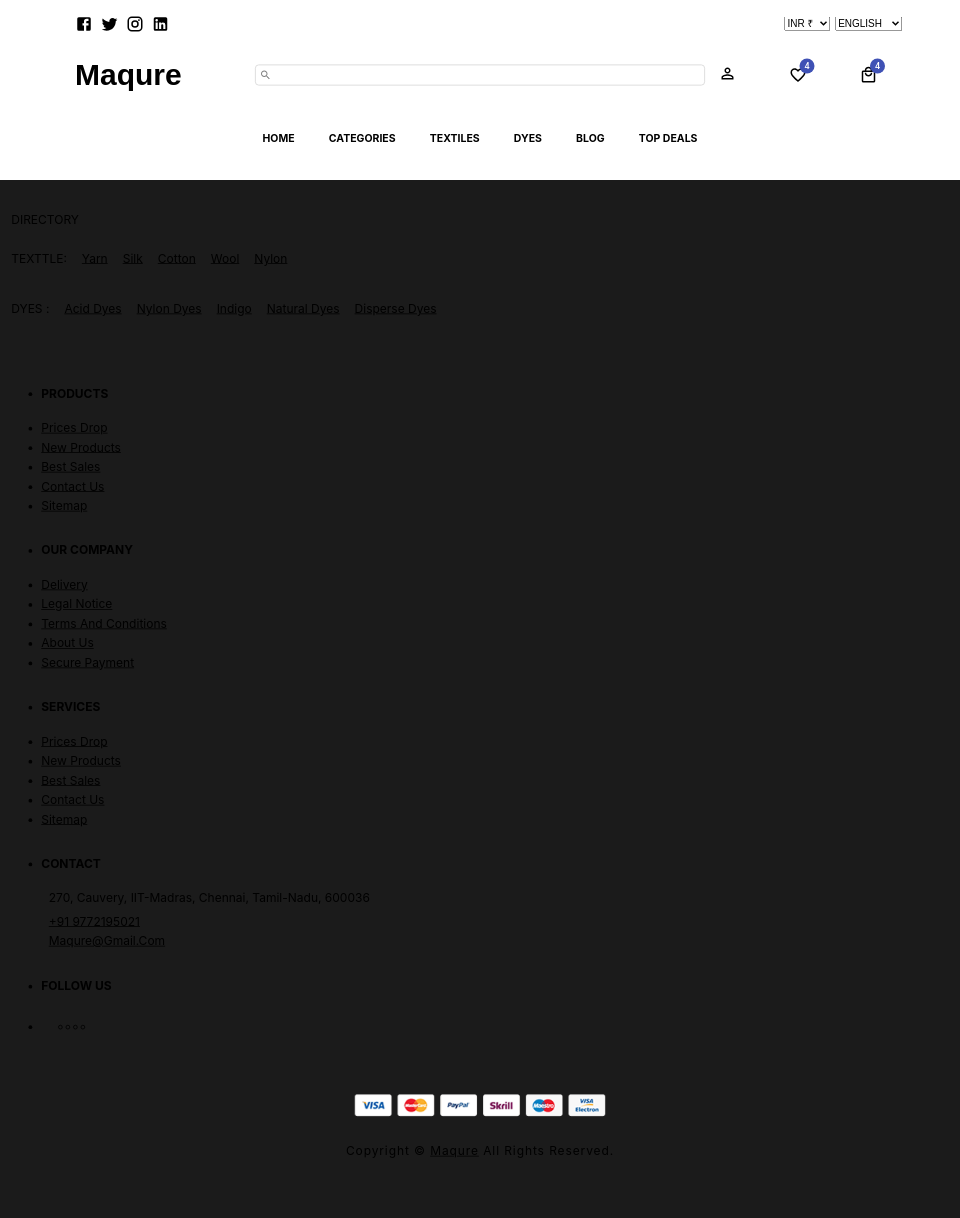
Repository: harshitsingh85420/Maqure
Page: /
These files come from the project's save history. The page is drawn as it stood at one moment and after a run of saves; the edit follows.
The browser window is 1280 px wide. The pictures show the whole page, at 75% of full size.
The project was rebuilt for these pictures with package versions that can differ from the ones it lists, and the page was loaded fresh each time.

Above is the page before, as saved 2022-05-26 02:53:55.

### src/pages/Home.jsx
import React from 'react'
import Footer from '../components/Footer'
import Header from '../components/Header'
import Header2 from '../components/Header2'
import Navbar from '../components/Navbar'

const Home = () => {
  return (
    <div>
        <Header/>
        <Header2/>
        <Navbar />
        <Footer/>
    </div>
    )
}

export default Home

### src/components/Footer.jsx
import React from 'react'
import './CSS/Footer.css';

function Footer() {
  return (
    <>
<div className="footer">
<div className="footer-category">

<div className="container">

  <h2 className="footer-category-title">Directory</h2>

  <div className="footer-category-box">

    <h3 className="category-box-title">Texttle:</h3>

    <a href="#" className="footer-category-link">Yarn</a>
    <a href="#" className="footer-category-link">Silk</a>
    <a href="#" className="footer-category-link">Cotton</a>
    <a href="#" className="footer-category-link">Wool</a>
    <a href="#" className="footer-category-link">Nylon</a>
  </div>

  <div className="footer-category-box">
    <h3 className="category-box-title">Dyes :</h3>

    <a href="#" className="footer-category-link">Acid Dyes</a>
    <a href="#" className="footer-category-link">Nylon Dyes</a>
    <a href="#" className="footer-category-link">Indigo</a>
    <a href="#" className="footer-category-link">Natural Dyes</a>
    <a href="#" className="footer-category-link">Disperse Dyes</a>
    <a href="#" className="footer-category-link"></a>
  </div>


</div>

</div>

<div className="footer-nav">

<div className="container">


  <ul className="footer-nav-list">

    <li className="footer-nav-item">
      <h2 className="nav-title">Products</h2>
    </li>

    <li className="footer-nav-item">
      <a href="#" className="footer-nav-link">Prices drop</a>
    </li>

    <li className="footer-nav-item">
      <a href="#" className="footer-nav-link">New products</a>
    </li>

    <li className="footer-nav-item">
      <a href="#" className="footer-nav-link">Best sales</a>
    </li>

    <li className="footer-nav-item">
      <a href="#" className="footer-nav-link">Contact us</a>
    </li>

    <li className="footer-nav-item">
      <a href="#" className="footer-nav-link">Sitemap</a>
    </li>

  </ul>

  <ul className="footer-nav-list">

    <li className="footer-nav-item">
      <h2 className="nav-title">Our Company</h2>
    </li>

    <li className="footer-nav-item">
      <a href="#" className="footer-nav-link">Delivery</a>
    </li>

    <li className="footer-nav-item">
      <a href="#" className="footer-nav-link">Legal Notice</a>
    </li>

    <li className="footer-nav-item">
      <a href="#" className="footer-nav-link">Terms and conditions</a>
    </li>

    <li className="footer-nav-item">
      <a href="#" className="footer-nav-link">About us</a>
    </li>

    <li className="footer-nav-item">
      <a href="#" className="footer-nav-link">Secure payment</a>
    </li>

  </ul>

  <ul className="footer-nav-list">

    <li className="footer-nav-item">
      <h2 className="nav-title">Services</h2>
    </li>

    <li className="footer-nav-item">
      <a href="#" className="footer-nav-link">Prices drop</a>
    </li>

    <li className="footer-nav-item">
      <a href="#" className="footer-nav-link">New products</a>
    </li>

    <li className="footer-nav-item">
      <a href="#" className="footer-nav-link">Best sales</a>
    </li>

    <li className="footer-nav-item">
      <a href="#" className="footer-nav-link">Contact us</a>
    </li>

    <li className="footer-nav-item">
      <a href="#" className="footer-nav-link">Sitemap</a>
    </li>

  </ul>

  <ul className="footer-nav-list">

    <li className="footer-nav-item">
      <h2 className="nav-title">Contact</h2>
    </li>

    <li className="footer-nav-item flex">
      <div className="icon-box">
        <ion-icon name="location-outline"></ion-icon>
      </div>

      <address className="content">
        270, Cauvery, IIT-Madras,
        Chennai, Tamil-Nadu,
        600036

      </address>
    </li>

    <li className="footer-nav-item flex">
      <div className="icon-box">
        <ion-icon name="call-outline"></ion-icon>
      </div>

      <a href="tel:+607936-8058" className="footer-nav-link">+91 9772195021</a>
    </li>

    <li className="footer-nav-item flex">
      <div className="icon-box">
        <ion-icon name="mail-outline"></ion-icon>
      </div>

      <a href="mailto:example@gmail.com" className="footer-nav-link">maqure@gmail.com</a>
    </li>

  </ul>

  <ul className="footer-nav-list">

    <li className="footer-nav-item">
      <h2 className="nav-title">Follow Us</h2>
    </li>

    <li>
      <ul className="social-link">

        <li className="footer-nav-item">
          <a href="#" className="footer-nav-link">
            <ion-icon name="logo-facebook"></ion-icon>
          </a>
        </li>

        <li className="footer-nav-item">
          <a href="#" className="footer-nav-link">
            <ion-icon name="logo-twitter"></ion-icon>
          </a>
        </li>

        <li className="footer-nav-item">
          <a href="#" className="footer-nav-link">
            <ion-icon name="logo-linkedin"></ion-icon>
          </a>
        </li>

        <li className="footer-nav-item">
          <a href="#" className="footer-nav-link">
            <ion-icon name="logo-instagram"></ion-icon>
          </a>
        </li>

      </ul>
    </li>

  </ul>

</div>

</div>

<div className="footer-bottom">

<div className="container">

  <img src="./assets/images/payment.png" alt="payment method" className="payment-img"/>

  <p className="copyright">
    Copyright &copy; <a href="#">Maqure</a> all rights reserved.
  </p>

</div>

</div>
</div>
    </>
  )
}

export default Footer

### src/components/Header.jsx
import React from 'react'
import styled from 'styled-components'
import { Twitter, Instagram, LinkedIn, Facebook } from '@material-ui/icons';

const Container = styled.div`

`;
const Wrapper = styled.div`
    padding: 20px 100px;
    display: flex;
    justify-content: space-between;
`;
const Left = styled.div`
    flex: 1;
    display: flex;
    align-items: center;
`;
const MenuItem = styled.div`
font-size: 14px;
cursor: pointer;
margin-right: 10px;
`;

const Center = styled.div`
    flex: 2;
`;
const Right = styled.div`
    flex: 1;
    display: flex;
  align-items: center;
  justify-content: flex-end;
`;
const Money = styled.div`
    width: 25%;
    height: 100%;
    align-items: center;
`;
const Language = styled.div`
   width: 25%;
   height: 100%;
   align-items: center;
`;

const Header = () => {

  return (
    <Container>
    <Wrapper>
        <Left>
        <MenuItem>
          <Facebook/>
        </MenuItem>
        <MenuItem>
          <Twitter />
        </MenuItem>
        <MenuItem>
          <Instagram />
        </MenuItem>
        <MenuItem>
          <LinkedIn />
        </MenuItem>
        </Left>
        <Center>
        </Center>
        <Right>
        <Money>
          <select>
          <option>INR ₹</option>
          <option>USD $</option>
          </select>
          </Money>
          <Language>
          <select><option>ENGLISH</option>
          <option>ESPAÑOL</option>
          <option>FRANÇAIS</option>
          </select>
          </Language>
        </Right>
    </Wrapper>
    </Container>
  )
}

export default Header

### src/components/Header2.jsx
import { Search, FavoriteBorderOutlined, PersonOutlineOutlined, LocalMallOutlined  } from '@material-ui/icons';
import { Badge } from "@material-ui/core";
import React from 'react';
import styled from 'styled-components';


const Container = styled.div`
height: 60px;
`;
const Wrapper = styled.div`
  padding: 10px 40px;
  display: flex;
  align-items: center;
  justify-content: space-between;
`;
const Left = styled.div`
  flex: 1;
  display: flex;
  align-items: center;
`;
const Logo = styled.div`
font-weight: bold;
font-size: 40px;
font-family: "Poppins", sans-serif;
display: flex;
cursor: pointer;
margin-left: 60px;
`;
const Center = styled.div`
  flex: 2;
  display: flex;
`;
const SearchContainer = styled.div`
  border: 0.5px solid lightgray;
  display: flex;
  align-items: center;
  padding: 5px;
  width: 100%;
  border-radius: 5px;
  &:hover{
    border-color: black;
  }
`;
const Input = styled.div`
  border: none;
`;
const Right = styled.div`
  flex: 1;
  display: flex;
  align-items: center;
  justify-content: flex-end;
`;
const MenuItem = styled.div`
font-size: 14px;
cursor: pointer;
margin-right: 70px;
height: 100%;
`;

const Header2 = () => {
  return (
    <Container>
    <Wrapper>
        <Left><Logo>Maqure</Logo></Left>
        <Center>
          <SearchContainer>
          <Input placeholder="Search..." />
          <Search style={{ color: "gray", fontSize: 16 }}/>
          </SearchContainer>
        </Center>
        <Right>
          <MenuItem>
            <PersonOutlineOutlined />
          </MenuItem>
          <MenuItem>
            <Badge badgeContent={4} color="primary">
            <FavoriteBorderOutlined />
            </Badge>
          </MenuItem>
          <MenuItem>
            <Badge badgeContent={4} color="primary">
            <LocalMallOutlined/>
            </Badge>
          </MenuItem>
        </Right>
    </Wrapper>
    </Container>
  )
}

export default Header2

### src/components/Navbar.jsx
import React from 'react'
import styled from 'styled-components'

const Container = styled.div`
`;
const Wrapper = styled.div`
  padding: 30px 40px;
  display: flex;
  align-items: center;
  justify-content: space-between;
  margin-left: 300px;
  margin-right: 300px;
  list-style: none;
display: flex;
a {
  padding: 18px 10px;
  color: black;
  &:hover {
      color: red;
  }
  font-size: 14px;
  font-weight: bold;
  text-decoration: none;
}
`;

const Navbar = () => {
  return (
    <Container>
        <Wrapper>
      <a href="google.com">HOME</a>
      <a href="google.com">CATEGORIES</a>
      <a href="google.com">TEXTILES</a>
      <a href="google.com">DYES</a>
      <a href="google.com">BLOG</a>
      <a href="google.com">TOP DEALS</a>
        </Wrapper>
    </Container>
  )
}

export default Navbar

### src/components/CSS/Footer.css

.container { padding: 0 15px; }

/*-----------------------------------*\
  #FOOTER
\*-----------------------------------*/

.footer {
    background: #1b1b1b;
    padding: 30px 0;
  }

  .footer-category {
    margin-bottom: 30px;
    padding-bottom: 15px;
    border-bottom: 1px solid var(--onyx);
  }

  .footer-category-title {
    color: var(--salmon-pink);
    font-size: var(--fs-6);
    font-weight: var(--weight-600);
    text-transform: uppercase;
    margin-bottom: 15px;
  }

  .footer-category-box {
    display: -webkit-box;
  display: -webkit-flex;
  display: -ms-flexbox;
  display: flex;
  -webkit-flex-wrap: wrap;
      -ms-flex-wrap: wrap;
          flex-wrap: wrap;
  -webkit-box-pack: start;
  -webkit-justify-content: flex-start;
      -ms-flex-pack: start;
          justify-content: flex-start;
  -webkit-box-align: center;
  -webkit-align-items: center;
      -ms-flex-align: center;
          align-items: center;
  -webkit-column-gap: 20px;
     -moz-column-gap: 20px;
          column-gap: 20px;
  row-gap: 3px;
  margin-bottom: 15px;
  }

  .category-box-title {
    color: var(--spanish-gray);
    font-size: var(--fs-8);
    font-weight: var(--weight-600);
    text-transform: uppercase;
  }

  .footer-category-link {
    position: relative;
    color: var(--sonic-silver);
    font-size: var(--fs-7);
    text-transform: capitalize;
    transition: var(--transition-timing);
  }

  .footer-category-link:hover { color: var(--spanish-gray); }

  .footer-category-link:not(:last-child)::after {
    position: absolute;
    content: '';
    top: 3px;
    right: -10px;
    background: var(--sonic-silver);
    width: 1px;
    height: 15px;
  }


  /**
   * footer nav
   */


.footer-nav {
    border-bottom: 1px solid var(--onyx);
    padding-bottom: 30px;
    margin-bottom: 30px;
  }

  .footer-nav-list:not(:last-child) { margin-bottom: 20px; }

  .footer-nav .nav-title {
    position: relative;
    color: var(--white);
    font-size: var(--fs-7);
    text-transform: uppercase;
    margin-bottom: 15px;
    padding-bottom: 5px;
  }

  .footer-nav .nav-title::before {
    content: '';
    position: absolute;
    bottom: 0;
    left: 0;
    background: var(--salmon-pink);
    width: 60px;
    height: 1px;
  }

  .footer-nav-item { padding: 3px 0; }

  .footer-nav-link,
  .footer-nav-item .content {
    width: -webkit-max-content;
    width: -moz-max-content;
    width: max-content;
    color: var(--sonic-silver);
    font-size: var(--fs-7);
    text-transform: capitalize;
    -webkit-transition: var(--transition-timing);
    -o-transition: var(--transition-timing);
    transition: var(--transition-timing);
  }

  .footer-nav-link:hover { color: var(--salmon-pink); }

  .footer-nav-item.flex {
    display: -webkit-box;
    display: -webkit-flex;
    display: -ms-flexbox;
    display: flex;
    -webkit-box-align: start;
    -webkit-align-items: flex-start;
        -ms-flex-align: start;
            align-items: flex-start;
    gap: 10px;
  }

  .footer-nav-item .content {
    font-style: normal;
    margin-bottom: 5px;
  }

  .footer-nav-item .icon-box {
    color: var(--sonic-silver);
    font-size: 25px;
  }

  .footer-nav-item .icon-box ion-icon { --ionicon-stroke-width: 30px; }

  .footer-nav .social-link {
    display: -webkit-box;
    display: -webkit-flex;
    display: -ms-flexbox;
    display: flex;
    -webkit-box-pack: start;
    -webkit-justify-content: flex-start;
        -ms-flex-pack: start;
            justify-content: flex-start;
    -webkit-box-align: center;
    -webkit-align-items: center;
        -ms-flex-align: center;
            align-items: center;
    gap: 10px;
  }

  .social-link .footer-nav-link { font-size: 25px; }

  .footer-bottom {
    margin-bottom: 50px;
    text-align: center;
  }

  .payment-img {
    max-width: 335px;
    width: 100%;
    margin: auto;
    margin-bottom: 15px;
  }

  .copyright {
    color: var(--sonic-silver);
    font-size: var(--fs-8);
    font-weight: var(--weight-500);
    text-transform: capitalize;
    letter-spacing: 1.2px;
  }

  .copyright a {
    display: inline;
    color: inherit;
  }

Loaded but not shown: public/index.html (common file); src/index.js (common file); src/index.css (common file); src/App.js (common file); src/reportWebVitals.js (common file)

After the next 2 saves:
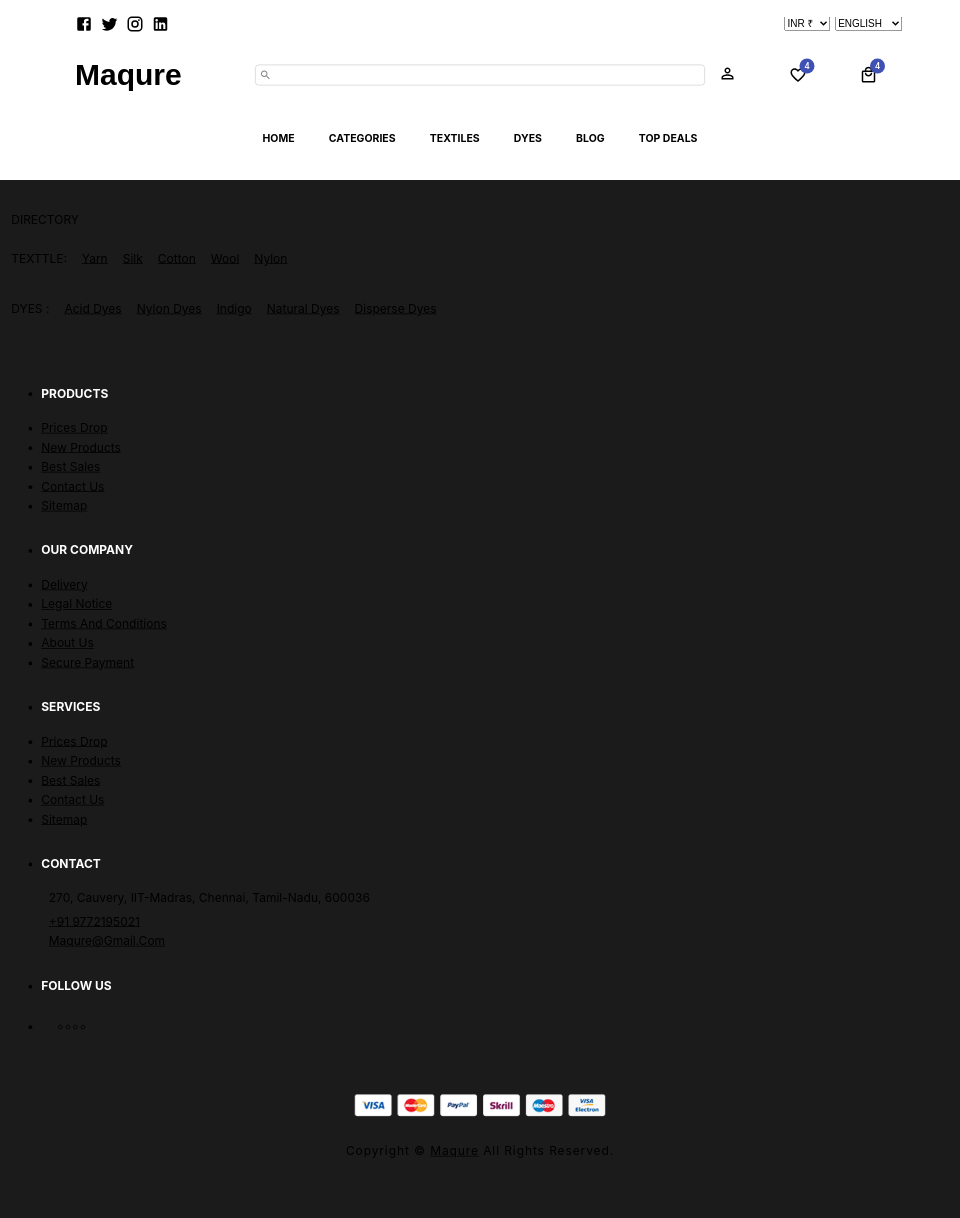
The 2 saves are shown as one change because they came seconds apart.
The last was saved 25 s later.
--- a/src/components/CSS/Footer.css
+++ b/src/components/CSS/Footer.css
@@ -90,7 +90,7 @@
 
   .footer-nav .nav-title {
     position: relative;
-    color: var(--white);
+    color: white;
     font-size: var(--fs-7);
     text-transform: uppercase;
     margin-bottom: 15px;

After the save that followed:
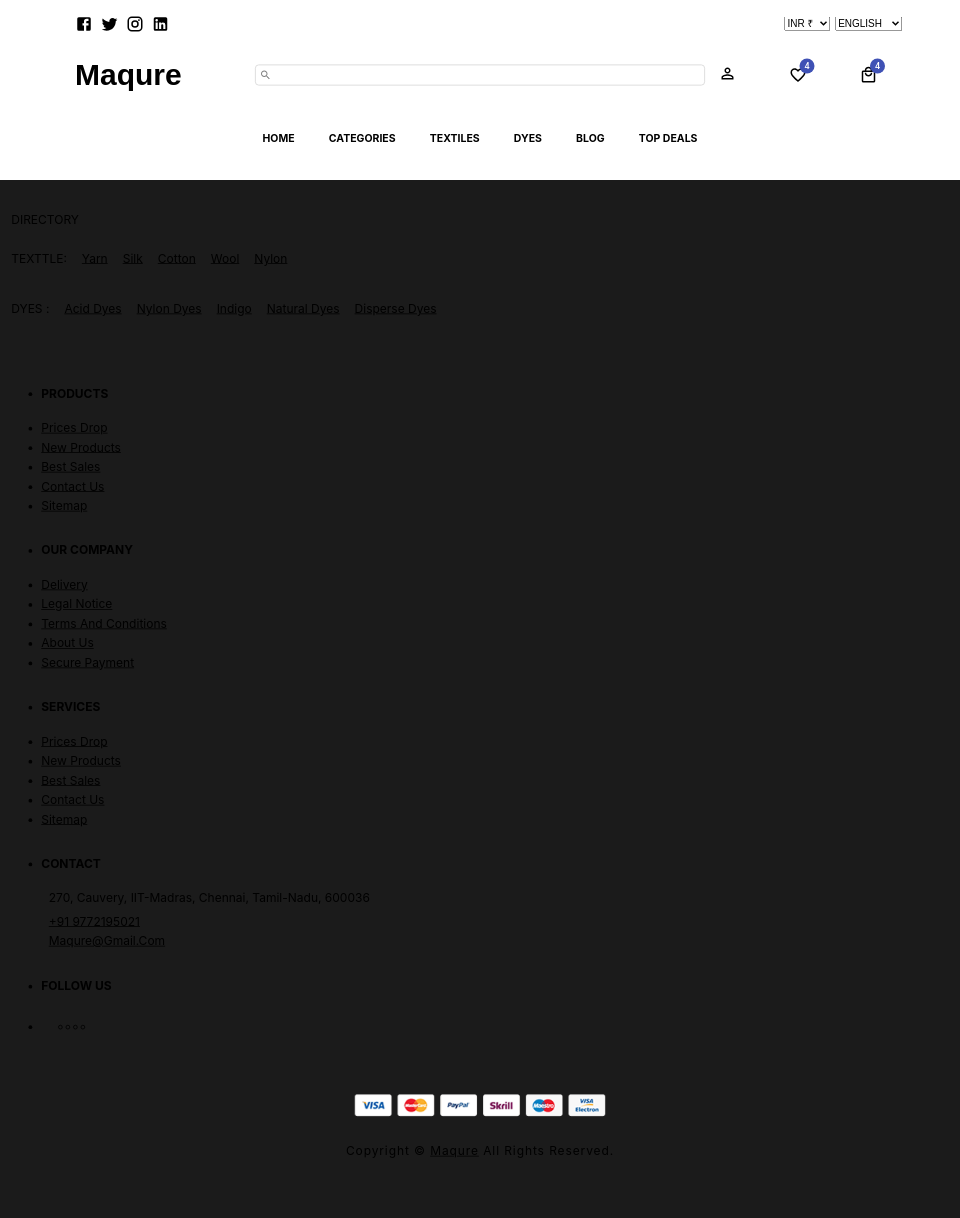
Saved 9 s later.
--- a/src/components/CSS/Footer.css
+++ b/src/components/CSS/Footer.css
@@ -90,7 +90,7 @@
 
   .footer-nav .nav-title {
     position: relative;
-    color: white;
+    color: var(--white);
     font-size: var(--fs-7);
     text-transform: uppercase;
     margin-bottom: 15px;
